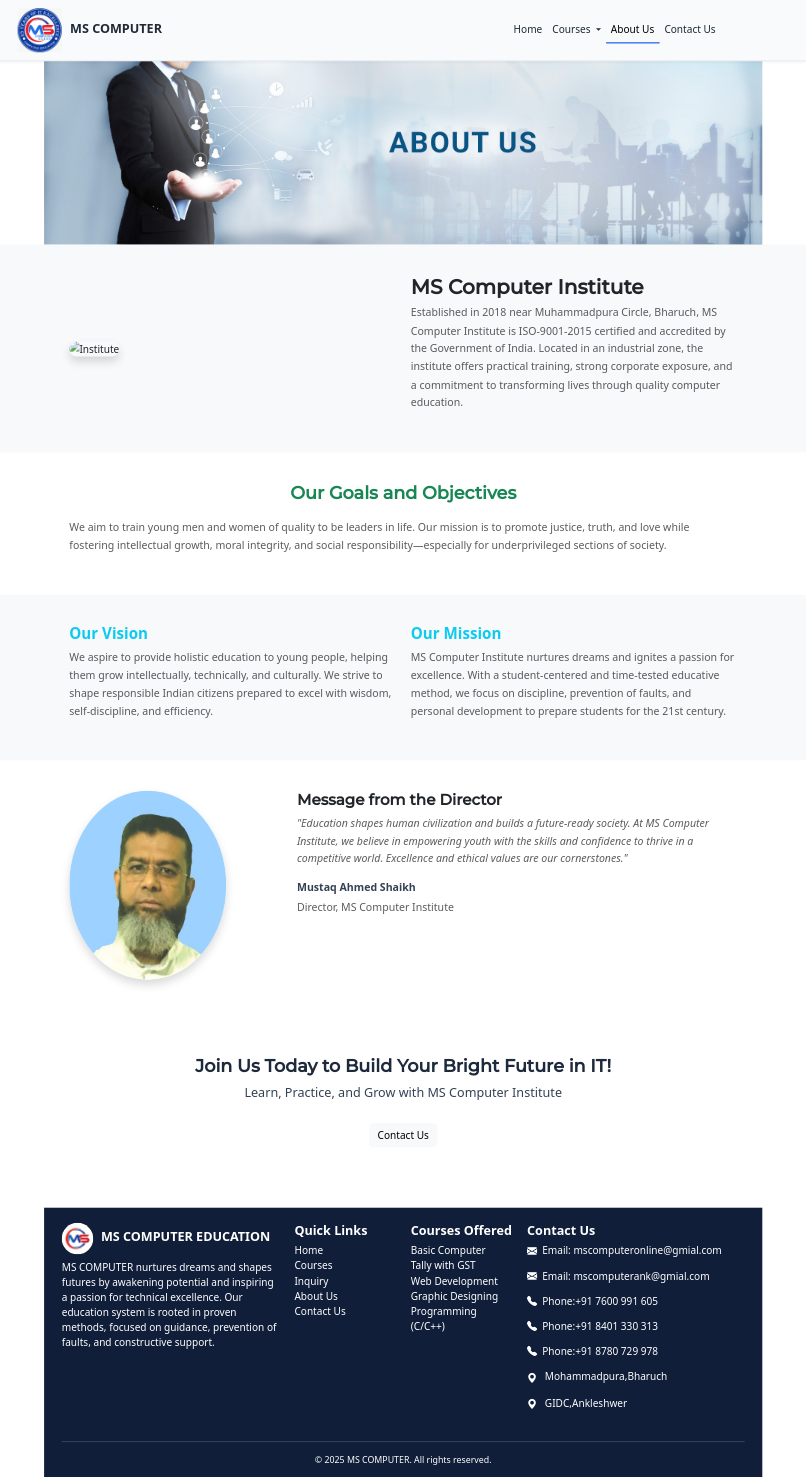
Repository: mscomputer2025/mscomputer
Page: http://localhost/aboutus
The author's editor kept a copy of each file at every save. The page is drawn from the files as they stood at one save, then again after a run of saves.
The browser window is 1280 px wide. The pictures show the whole page, at 63% of full size.
Some web fonts or font styles are not loaded; a fallback is used. The page is served by the project's Laravel application, run on PHP 8.4 with Laravel 12. Other server files are loaded and not shown. Queries for data that is not in the repository find no rows.

Above is the page before, as saved 2025-07-04 17:55:06.

### app/Providers/AppServiceProvider.php
<?php

namespace App\Providers;

use Illuminate\Support\ServiceProvider;
use App\Models\Courses;
use Illuminate\Support\Facades\View;

class AppServiceProvider extends ServiceProvider
{

    public function register(): void
    {
        //
    }

    public function boot()
{
    View::composer('*', function ($view) {
        $view->with('allCourses', Courses::all());
    });
}
}

### app/Providers/ViewServiceProvider.php
<?php

namespace App\Providers;

use Illuminate\Support\ServiceProvider;
use Illuminate\Support\Facades\View;
use Illuminate\View\Compilers\BladeCompiler;
use Illuminate\Support\Facades\Validator;
use App\Models\Courses;

class ViewServiceProvider extends ServiceProvider
{

    public function register(): void
    {
        //
    }


    public function boot()
    {
        View::composer('*', function ($view) {
            $courses = Courses::all();
            $view->with('courses', $courses);
        });
    }
}

### routes/web.php
<?php

use Illuminate\Support\Facades\Route;

Route::get('/', function () {
    return view('homepage');
});
Route::get('/contactus', function () {
    return view('contactus');
});
Route::get('/courses', function () {
    return view('courses');
});
Route::get('/aboutus', function () {
    return view('aboutus');
});

### app/Models/Courses.php
<?php

namespace App\Models;

use Illuminate\Database\Eloquent\Model;

class Courses extends Model
{
    protected $fillable = [
        'course_id', 'course_title', 'course_image', 'course_duration',
        'course_description', 'course_curriculum', 'course_rating', 'course_reviews'
    ];

    protected $casts = [
        'course_curriculum' => 'array',
    ];
}

### resources/views/aboutus.blade.php
@extends('master.master')

@section('title', 'About Us')

@section('content')

    <!-- Hero Banner -->
    <div class="container p-0">
        <img src="{{ asset('images/aboutus.jpg') }}" class="img-fluid"
            style="max-height: 400px; object-fit: cover;" alt="MS Computer Institute">
    </div>

    <!-- About Section -->
    <section class="py-5 bg-light">
        <div class="container">
            <div class="row align-items-center mx-3">
                <div class="col-lg-6 mb-4 mb-lg-0">
                    <img src="{{ asset('images/institute-front.jpg') }}" class="img-fluid rounded-4 shadow" alt="Institute">
                </div>
                <div class="col-lg-6">
                    <h2 class="fw-bold text-dark">MS Computer Institute </h2>
                    <p class="text-muted">Established in 2018 near Muhammadpura Circle, Bharuch, MS Computer Institute is
                        ISO-9001-2015 certified and accredited by the Government of India. Located in an industrial zone,
                        the institute offers practical training, strong corporate exposure, and a commitment to transforming
                        lives through quality computer education.</p>
                </div>
            </div>
        </div>
    </section>

    <!-- Goals and Objectives -->
    <section class="py-5">
        <div class="container">
            <h3 class="text-center fw-bold mb-4 text-success">Our Goals and Objectives</h3>
            <div class="row mx-3">
                <div class="col-md-12">
                    <p class="text-muted">We aim to train young men and women of quality to be leaders in life. Our mission
                        is to promote justice, truth, and love while fostering intellectual growth, moral integrity, and
                        social responsibility—especially for underprivileged sections of society.</p>
                </div>
            </div>
        </div>
    </section>

    <!-- Vision & Mission -->
    <section class="py-5 bg-light">
        <div class="container">
            <div class="row g-4 mx-3">
                <div class="col-md-6">
                    <h4 class="fw-semibold text-info">Our Vision</h4>
                    <p class="text-muted">We aspire to provide holistic education to young people, helping them grow
                        intellectually, technically, and culturally. We strive to shape responsible Indian citizens prepared
                        to excel with wisdom, self-discipline, and efficiency.</p>
                </div>
                <div class="col-md-6">
                    <h4 class="fw-semibold text-info">Our Mission</h4>
                    <p class="text-muted">MS Computer Institute nurtures dreams and ignites a passion for excellence. With a
                        student-centered and time-tested educative method, we focus on discipline, prevention of faults, and
                        personal development to prepare students for the 21st century.</p>
                </div>
            </div>
        </div>
    </section>

    <!-- Director's Message -->
    <section class="py-5">
        <div class="container">
            <div class="row align-items-start mx-3">
                <div class="col-lg-4 mb-4">
                    <img src="{{ asset('images/director.jpg') }}" class="img-fluid rounded-circle shadow" alt="Director"
                        style="max-height: 300px;">
                </div>
                <div class="col-lg-8">
                    <h4 class="fw-bold text-dark">Message from the Director</h4>
                    <p class="text-muted fst-italic">"Education shapes human civilization and builds a future-ready society.
                        At MS Computer Institute, we believe in empowering youth with the skills and confidence to thrive in
                        a competitive world. Excellence and ethical values are our cornerstones."</p>
                    <p class="mb-1 fw-semibold">Mustaq Ahmed Shaikh</p>
                    <p class="text-muted">Director, MS Computer Institute</p>
                </div>
            </div>
        </div>
    </section>

    <!-- Call to Action -->
    <section class="py-5  text-white text-center" style="color: rgba(var(--bs-white-rgb), var(--bs-text-opacity)) !important;">
        <div class="container">
            <h3 class="fw-bold mx-3">Join Us Today to Build Your Bright Future in IT!</h3>
            <p class="lead mx-3">Learn, Practice, and Grow with MS Computer Institute</p>
            <a href="{{ url('/contact') }}" class="btn btn-light mt-3 mx-3">Contact Us</a>
        </div>
    </section>

@endsection

### resources/views/master/master.blade.php
<!DOCTYPE html>
<html lang="en">
<head>
    <meta charset="UTF-8">
    <meta name="viewport" content="width=device-width, initial-scale=1.0">
    <link rel="stylesheet" href="{{ asset('css/master.css') }}">
    <link href="https://fonts.googleapis.com/css2?family=Poppins&display=swap" rel="stylesheet">
    <link href="https://fonts.googleapis.com/css2?family=Orbitron:wght@600&family=Montserrat:wght@500&display=swap" rel="stylesheet">
    <link rel="stylesheet" href="https://cdn.jsdelivr.net/npm/bootstrap-icons@1.10.5/font/bootstrap-icons.css">
    <link href="https://cdn.jsdelivr.net/npm/bootstrap@5.3.7/dist/css/bootstrap.min.css" rel="stylesheet">
    <title>MS COMPUTER - @yield('title')</title>
</head>
<body>

    @include('master.header')

    <main>
        @yield('content')
    </main>

    @include('master.footer')

    <script src="https://cdn.jsdelivr.net/npm/bootstrap@5.3.7/dist/js/bootstrap.bundle.min.js"></script>
</body>
</html>

### resources/views/master/header.blade.php
<nav class="navbar navbar-expand-lg navbar-light shadow-sm">
    <div class="container mx-3">
        <a class="navbar-brand" href="#">
            <img src="{{ asset('logo.jpeg') }}" alt="Institute Logo" width="70" height="100" class="img-fluid">
            <span class="ms-2 fw-bold">MS COMPUTER</span>
        </a>
        <button class="navbar-toggler" type="button" data-bs-toggle="collapse" data-bs-target="#navbarContent"
            aria-controls="navbarContent" aria-expanded="false" aria-label="Toggle navigation">
            <span class="navbar-toggler-icon"></span>
        </button>

        <div class="collapse navbar-collapse justify-content-end" id="navbarContent">
            <ul class="navbar-nav mb-2 mb-lg-0">

                <li class="nav-item">
                    <a class="nav-link {{ request()->is('/') ? 'active' : '' }}" href="{{ url('/') }}">Home</a>
                </li>

                <li class="nav-item dropdown">
                    <a class="nav-link dropdown-toggle {{ request()->is('courses') ? 'active' : '' }}" href="#"
                        id="coursesDropdown" role="button" data-bs-toggle="dropdown" aria-expanded="false">
                        Courses
                    </a>
                    <ul class="dropdown-menu" aria-labelledby="coursesDropdown">
                        <li><a class="dropdown-item" href="#">Basic Computer</a></li>
                        <li><a class="dropdown-item" href="#">PGDCA</a></li>
                        <li><a class="dropdown-item" href="#">ADIT</a></li>
                        <li><a class="dropdown-item" href="#">Web Development & Designing</a></li>
                        <li><a class="dropdown-item" href="#">Tally GST</a></li>
                        <li><a class="dropdown-item" href="#">Graphic Design</a></li>
                    </ul>
                </li>

                <li class="nav-item">
                    <a class="nav-link {{ request()->is('aboutus') ? 'active' : '' }}" href="{{ url('/aboutus') }}">About
                        Us</a>
                </li>

                <li class="nav-item">
                    <a class="nav-link {{ request()->is('contactus') ? 'active' : '' }}"
                        href="{{ url('/contactus') }}">Contact Us</a>
                </li>

            </ul>
        </div>
    </div>
</nav>

### resources/views/master/footer.blade.php
<footer class="container text-white pt-4 pb-3 mt-5 footer-bg">
    <div class="mx-3">
        <div class="row">
            <!-- Institute Info -->
            <div class="col-md-4 mb-3">
                <a class="navbar-brand" href="#">
                    <img src="{{ asset('footerlogo.jpg') }}" alt="Institute Logo" width="50" height="70"
                        class="img-fluid rounded-circle me-2">
                </a>
                <span class="fw-bold h5">MS COMPUTER EDUCATION</span>
                <p class="mt-2">
                    MS COMPUTER nurtures dreams and shapes futures by awakening potential and inspiring a passion for
                    technical excellence. Our education system is rooted in proven methods, focused on guidance,
                    prevention of faults, and constructive support.
                </p>
            </div>

            <!-- Quick Links -->
            <div class="col-md-2 mb-3">
                <h5 class="fw-bold">Quick Links</h5>
                <ul class="list-unstyled">
                    <li><a href="#" class="text-white text-decoration-none">Home</a></li>
                    <li><a href="#" class="text-white text-decoration-none">Courses</a></li>
                    <li><a href="#" class="text-white text-decoration-none">Inquiry</a></li>
                    <li><a href="#" class="text-white text-decoration-none">About Us</a></li>
                    <li><a href="#" class="text-white text-decoration-none">Contact Us</a></li>
                </ul>
            </div>

            <!-- Courses Offered -->
            <div class="col-md-2 mb-3">
                <h5 class="fw-bold">Courses Offered</h5>
                <ul class="list-unstyled">
                    <li><a href="#" class="text-white text-decoration-none">Basic Computer</a></li>
                    <li><a href="#" class="text-white text-decoration-none">Tally with GST</a></li>
                    <li><a href="#" class="text-white text-decoration-none">Web Development</a></li>
                    <li><a href="#" class="text-white text-decoration-none">Graphic Designing</a></li>
                    <li><a href="#" class="text-white text-decoration-none">Programming (C/C++)</a></li>
                </ul>
            </div>

            <!-- Contact Info -->
            <div class="col-md-4 mb-3">
                <h5 class="fw-bold">Contact Us</h5>
                <p><i class="bi bi-envelope-fill me-2"></i>Email: mscomputeronline@gmial.com</p>
                <p><i class="bi bi-envelope-fill me-2"></i>Email: mscomputerank@gmial.com</p>
                <p><i class="bi bi-telephone-fill me-2"></i>Phone:+91 7600 991 605 </p>
                <p><i class="bi bi-telephone-fill me-2"></i>Phone:+91 8401 330 313</p>
                <p><i class="bi bi-telephone-fill me-2"></i>Phone:+91 8780 729 978</p>
                <p><i class="bi bi-geo-alt-fill me-2 align-middle"></i> Mohammadpura,Bharuch</p>
                <p><i class="bi bi-geo-alt-fill me-2 align-middle"></i> GIDC,Ankleshwer</p>
            </div>
        </div>

        <hr class="bg-secondary">
        <div class="text-center">
            <small>&copy; {{ date('Y') }} MS COMPUTER. All rights reserved.</small>
        </div>
    </div>
</footer>

### public/css/master.css
:root {
  --primary-light: #F8FAFC;
  --accent-blue: #2563EB;
  --nav-text: #1F2937;
  --footer-bg: #101e39;
  --footer-text: #bde6e0;
  --footer-link-hover: #2563EB;
}

.navbar {
  background-color: var(--primary-light);
  border-bottom: 1px solid #e2e8f0;
  /* font-family: 'Orbitron', sans-serif;  */
}

.navbar .navbar-brand span {
  color: var(--nav-text);
  font-weight: 700;
}

.navbar .nav-link {
  color: var(--nav-text);
  font-weight: 500;
}

.navbar .nav-link.active,
.navbar .nav-link:hover {
  color: var(--accent-blue);
  border-bottom: 2px solid var(--accent-blue);
}

/* Dropdown Styling */
.navbar .dropdown-menu {
  background-color: var(--primary-light);
  border: 1px solid #e2e8f0;
  box-shadow: 0 6px 12px rgba(0, 0, 0, 0.1);
}

.navbar .dropdown-item {
  color: var(--nav-text);
}

.navbar .dropdown-item:hover {
  background-color: var(--accent-blue);
  color: white;
}

footer.footer-bg {
  background-color: var(--footer-bg);
  color: var(--footer-text);
}

footer.footer-bg span h5 {
  color: var(--footer-text);
}

footer.footer-bg a {
  color: var(--footer-text);
  text-decoration: none;
}

footer.footer-bg a:hover {
  color: var(--footer-link-hover);
  text-decoration: underline;
}

footer.footer-bg hr {
  border-top: 1px solid #cbd5e1;
}

.hero {
  width: 100%;
  height: 100vh;
    background-image: url('../images/herosection.jpeg');
  background-position: center center;
  background-size: cover;
  background-repeat: no-repeat;
  position: relative;
  display: flex;
  align-items: center;
  justify-content: center;
  text-align: center;
  color: white;
  overflow: hidden;
  /* font-family: 'Orbitron', sans-serif; */
  padding: 0 15px;
}

.hero::before {
  content: "";
  position: absolute;
  inset: 0;
  background-color: rgba(0, 0, 0, 0.4);
  z-index: 1;
}
.hero>div {
  position: relative;
  z-index: 2;
  text-shadow: 0 2px 8px rgba(0, 0, 0, 0.8);
  max-width: 800px;
  margin: auto;
}
@media (max-width: 768px) {
  .hero h1 {
    font-size: 2rem;
  }

  .hero p {
    font-size: 1rem;
  }
}
@media (max-width: 480px) {
  .hero {
    height: 80vh;
    padding: 20px;
  }
  .hero h1 {
    font-size: 1.5rem;
  }

  .hero p {
    font-size: 0.95rem;
  }
}
.course-box {
  transition: transform 0.3s ease,
}
.course-box:hover {
  transform: translateY(-5px);
  box-shadow: 0 10px 20px rgba(12, 12, 12, 0.1);
}
.heading-styled {
  font-family: 'Orbitron', sans-serif;
  font-size: 2rem;
  letter-spacing: 1px;
  color: #1f2937;
  position: relative;
}
@media (max-width: 576px) {
  .heading-styled {
    font-size: 1.5rem;
  }
}
.heading-styled::after {
  content: "";
  width: 60%;
  height: 3px;
  position: absolute;
  bottom: -10px;
  left: 0;
  border-radius: 2px;
}
section .fw-bold {
  font-family: 'Montserrat', sans-serif;
  color: #1e293b;
}

section p {
  font-size: 1.05rem;
  line-height: 1.7;
  color: #334155;
}
.about-image {
  max-height: 500px;
  object-fit: cover;
  width: 70%;
}

@media (max-width: 768px) {
  .about-image {
    width: 100%;
  }
}
.cert-logo {

  object-fit: contain;
  transition: transform 0.3s ease;
}

.cert-logo:hover {
  transform: scale(1.1);
}

.typewriter {
  overflow: hidden;
  border-right: 2px solid #000;
  white-space: nowrap;
  margin: 0 auto;
  animation: typing 3s steps(40, end), blink 0.75s step-end infinite;
  width: fit-content;
}

@keyframes typing {
  from { width: 0 }
  to { width: 100% }
}
@keyframes blink {
  50% { border-color: transparent }
}
.contact-banner {
  height: 500px;
  overflow: hidden;
}

@media (max-width: 768px) {
  .contact-banner {
    height: 250px;
  }
}

.object-fit-cover {
  object-fit: cover;
}

 .overflow-auto::-webkit-scrollbar {
        height: 8px;
    }
    .overflow-auto::-webkit-scrollbar-thumb {
        background: #ccc;
        border-radius: 10px;
    }
    .overflow-auto::-webkit-scrollbar-track {
        background: transparent;
    }

    .transition-hover:hover {
        transform: translateY(-5px);
        transition: all 0.3s ease-in-out;
    }

After the next 5 saves:
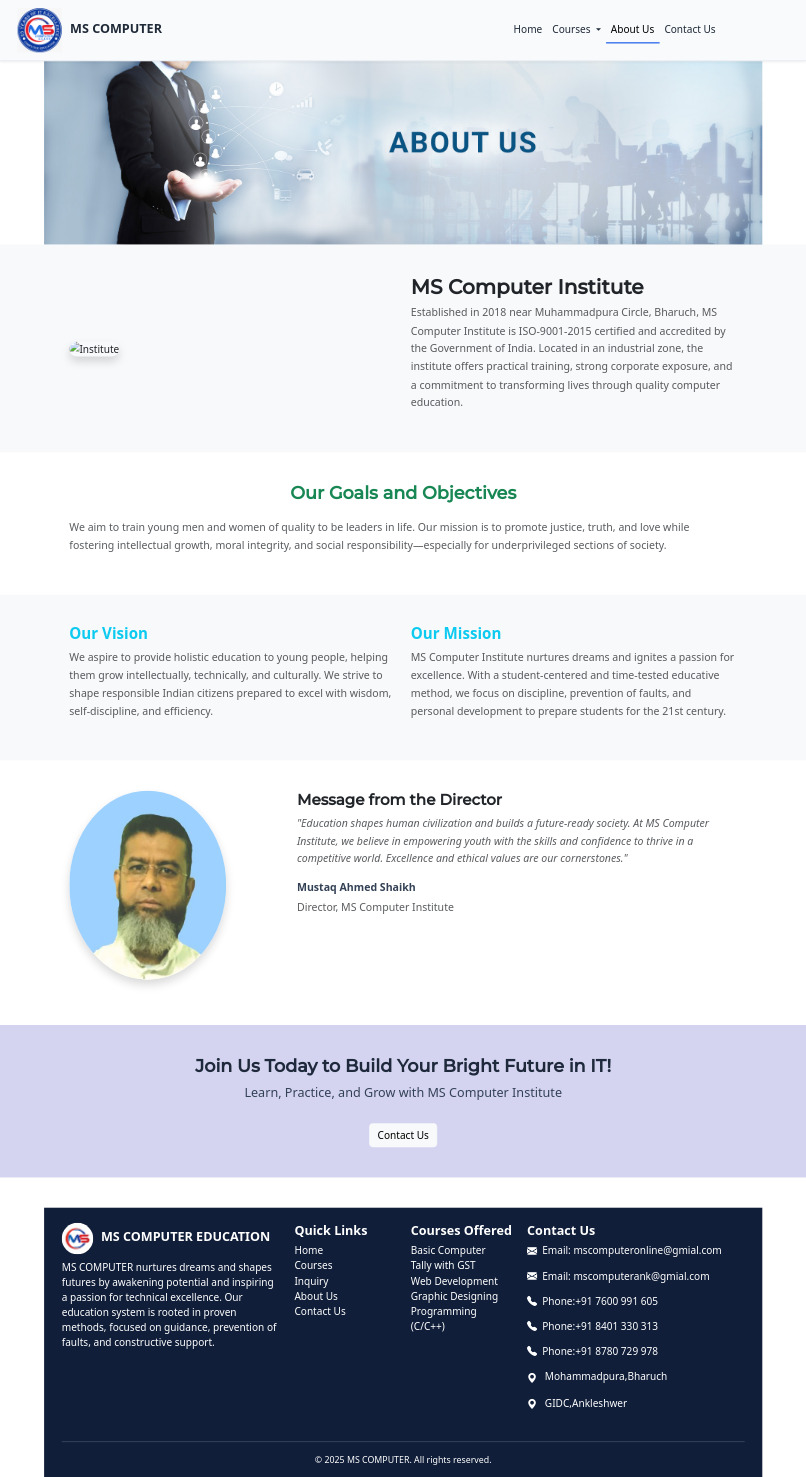
The 5 saves are shown as one change because they came seconds apart.
The last was saved 61 s later.
--- a/resources/views/aboutus.blade.php
+++ b/resources/views/aboutus.blade.php
@@ -83,7 +83,7 @@
     </section>
 
     <!-- Call to Action -->
-    <section class="py-5  text-white text-center" style="color: rgba(var(--bs-white-rgb), var(--bs-text-opacity)) !important;">
+    <section class="py-5  text-white text-center" style="background-color: rgb(212 212 240) !important;">
         <div class="container">
             <h3 class="fw-bold mx-3">Join Us Today to Build Your Bright Future in IT!</h3>
             <p class="lead mx-3">Learn, Practice, and Grow with MS Computer Institute</p>
